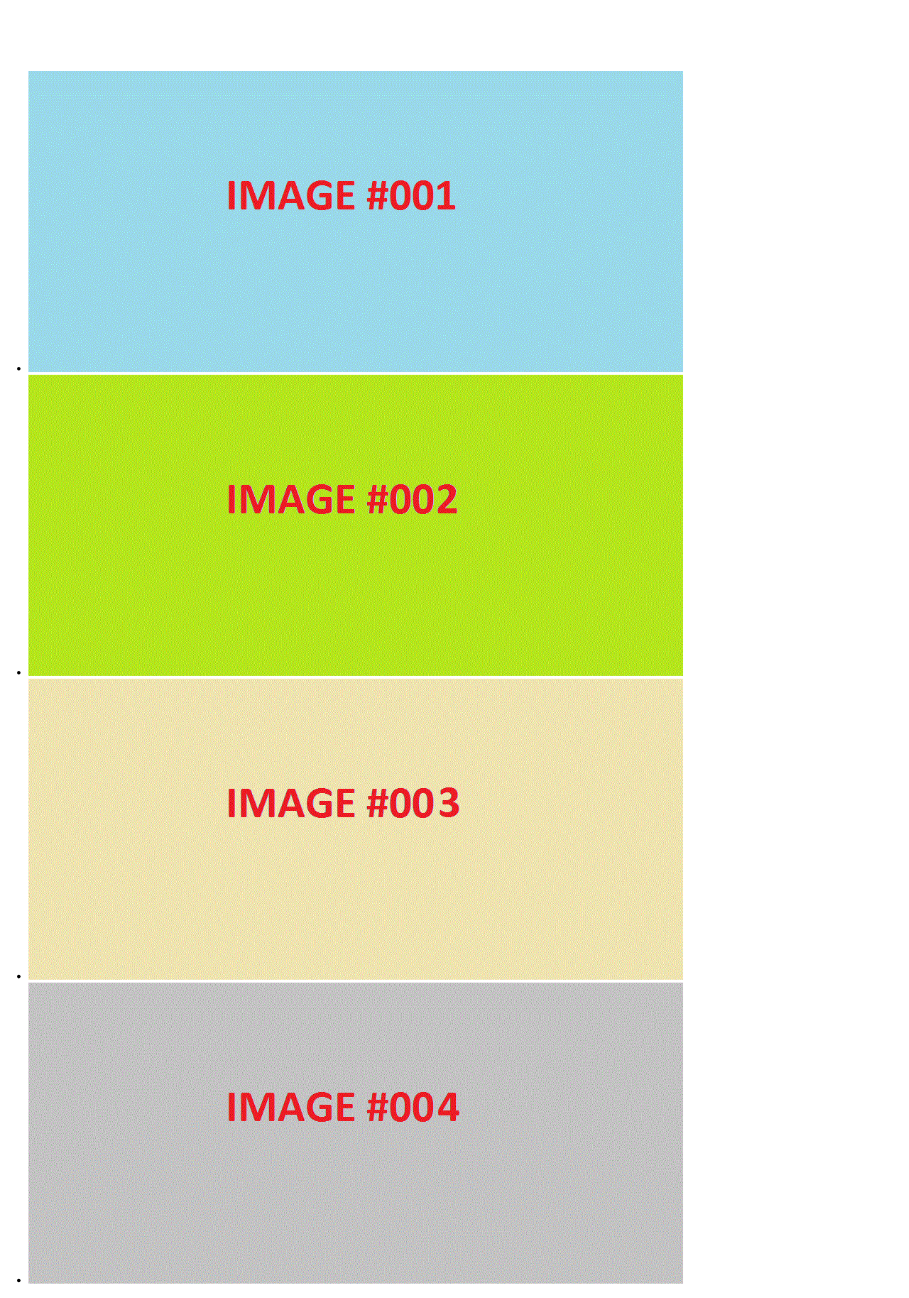
Repository: nema38/30DaysTrainning
Page: 30Days14/index.html
The author's editor kept a copy of each file at every save. The page is drawn from the files as they stood at one save, then again after the next save.
The browser window is 1280 px wide. The pictures show the whole page, at 71% of full size.
Some web libraries are served in a nearby version.

Above is the page before, as saved 2014-04-18 17:08:48.

### 30Days14/index.html
<!DOCTYPE html>
<html>

	<head>
		<meta charset=utf-8>
		<title>The Obligatory Slider</title>
		<link rel="stylesheet" href="slider.css">
	</head>

	<body>
		<div class="navigator">
			<ul>
				<li><img src="img/image001.gif" alt="image" /></li>
				<li><img src="img/image002.gif" alt="image" /></li>
				<li><img src="img/image003.gif" alt="image" /></li>
				<li><img src="img/image004.gif" alt="image" /></li>
			</ul>
		</div>
		<div class="slider-nav">
			<button data-dir="prev">Previous</button>
			<button data-dir="next">Next</button>
		</div>

		<script src="http://ajax.googleapis.com/ajax/libs/jquery/1.11.0/jquery.min.js"></script>

		<script src="slider.js"></script>

	</body>

</html>

### 30Days14/slider.css
.slider-nav	{
	display: none;
}

body	{
	width: 600 px;
	margin: 100px auto 0;
}

### 30Days14/slider.js
/**
 * @author mchavez
 */

After the next save:
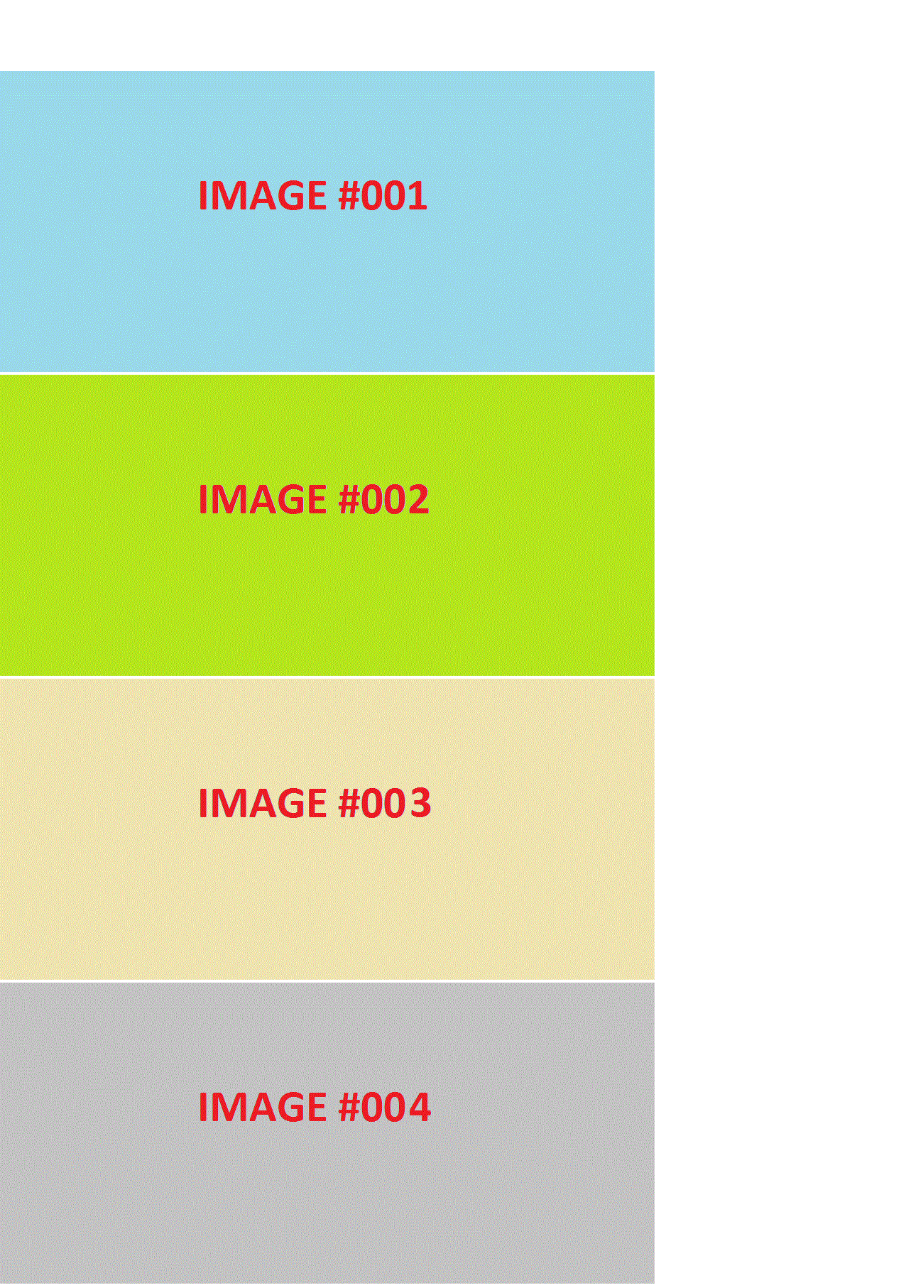
Saved 83 s later.
--- a/30Days14/slider.css
+++ b/30Days14/slider.css
@@ -1,3 +1,6 @@
+
+*	{ margin: 0px; padding: 0px; }
+
 .slider-nav	{
 	display: none;
 }

After the 2 saves that followed:
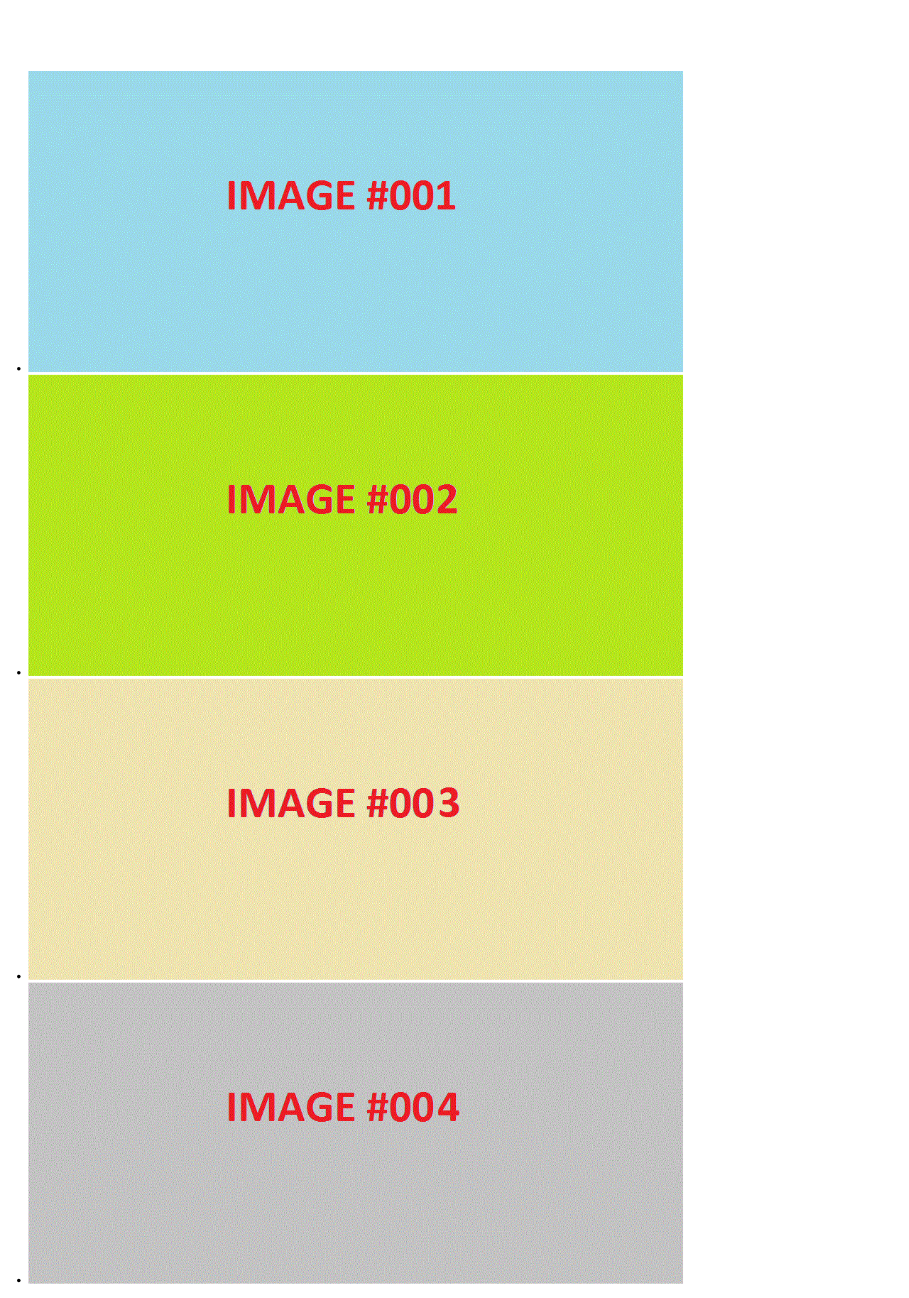
The 2 saves are shown as one change because 1 left the picture as it was.
The last was saved 59 s later.
--- a/30Days14/slider.css
+++ b/30Days14/slider.css
@@ -1,5 +1,3 @@
-
-*	{ margin: 0px; padding: 0px; }
 
 .slider-nav	{
 	display: none;
